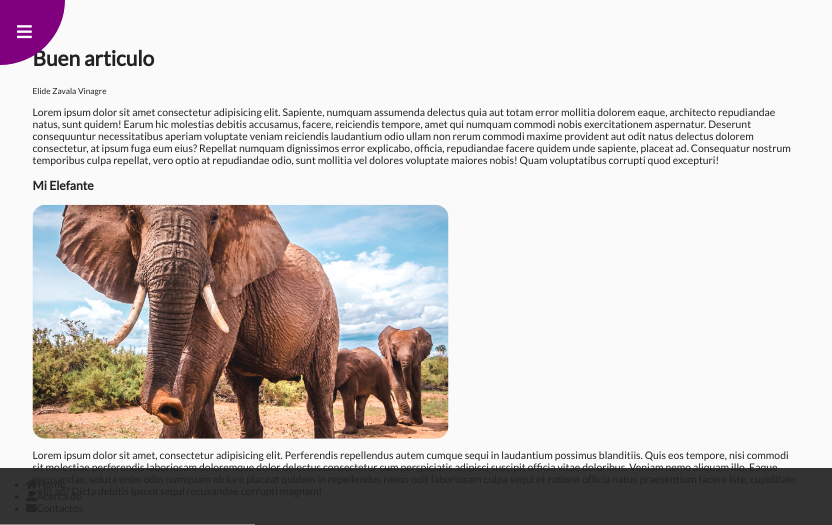
Repository: ElideZavala/Navagacion-en-rotacion
Page: index.html
The author's editor kept a copy of each file at every save. The page is drawn from the files as they stood at one save, then again after the next save.
The browser window is 1280 px wide. The pictures show the whole page, at 65% of full size.

Above is the page before, as saved 2021-05-29 09:23:41.

### index.html
<!DOCTYPE html>
<html lang="en">
<head>
	<meta charset="UTF-8">
	<meta http-equiv="X-UA-Compatible" content="IE=edge">
	<meta name="viewport" content="width=device-width, initial-scale=1.0">
	<link rel="stylesheet" href="https://cdnjs.cloudflare.com/ajax/libs/font-awesome/5.15.3/css/all.min.css" integrity="sha512-iBBXm8fW90+nuLcSKlbmrPcLa0OT92xO1BIsZ+ywDWZCvqsWgccV3gFoRBv0z+8dLJgyAHIhR35VZc2oM/gI1w==" crossorigin="anonymous" referrerpolicy="no-referrer" />
	<link rel="stylesheet" href="style.css">
	<link rel="stylesheet" href="normalize.css">
	<title>Navegación Giratoria</title>
</head>
<body>
	<div class="container">
		<div class="circle-container">
			<div class="circle">
				<button id="close">
					<i class="fas fa-times"></i>
				</button>
				<button id="open">
					<i class="fas fa-bars"></i>
				</button>
			</div>
		</div>

		<div class="content">
			<h1 class="title">Buen articulo</h1>
			<small>Elide Zavala Vinagre</small>
			<p>Lorem ipsum dolor sit amet consectetur adipisicing elit. Sapiente, numquam assumenda delectus quia aut totam error mollitia dolorem eaque, architecto repudiandae natus, sunt quidem! Earum hic molestias debitis accusamus, facere, reiciendis tempore, amet qui numquam commodi nobis exercitationem aspernatur. Deserunt consequuntur necessitatibus aperiam voluptate veniam reiciendis laudantium odio ullam non rerum commodi maxime provident aut odit natus delectus dolorem consectetur, at ipsum fuga eum eius? Repellat numquam dignissimos error explicabo, officia, repudiandae facere quidem unde sapiente, placeat ad. Consequatur nostrum temporibus culpa repellat, vero optio at repudiandae odio, sunt mollitia vel dolores voluptate maiores nobis! Quam voluptatibus corrupti quod excepturi!</p>

			<h3 class="title">Mi Elefante</h3>
			<img class="img" src="./Elefante.jpg" alt="Elefante">
			<p>Lorem ipsum dolor sit amet, consectetur adipisicing elit. Perferendis repellendus autem cumque sequi in laudantium possimus blanditiis. Quis eos tempore, nisi commodi sit molestiae perferendis laboriosam doloremque dolor delectus consectetur cum perspiciatis adipisci suscipit officia vitae doloribus. Veniam nemo aliquam illo. Eaque recusandae, soluta enim odio numquam ab iure placeat quidem in repellendus nemo odit laboriosam culpa sequi et ratione officia natus praesentium facere iste, cupiditate velit ad? Dicta debitis ipsum sequi recusandae corrupti magnam!</p>
		</div>
	</div>

	<nav>
		<ul>
			<li><i class="fas fa-home"></i>Home</li>
			<li><i class="fas fa-user-alt"></i>Acerca de</li>
			<li><i class="fas fa-envelope"></i>Contactos</li>
		</ul>
	</nav>



	<script src="./script.js"></script>
</body>
</html>

### style.css
@import url('https://fonts.googleapis.com/css?family=Lato&display=swap');

* {
	box-sizing: border-box;
}

body {
	font-family: 'Lato', sans-serif;
	background-color: #333;
	color: #222;
	overflow: hidden;
	margin: 0;
}

.container {
	background-color: #fafafa;
	transform-origin: top left;
	transition: transform 0.5s linear;
	width: 100vw;
	height: 100vh;
	padding: 50px;
}

.container.show-nav {
	transform: rotate(-20deg);
}

.img{
	width: 50vw;
	height: 50vh;
	display: flex;
	border-radius: 20px;
	object-fit: cover;
}

.circle-container {
	position: fixed;
	top: -100px;
	left: -100px;
}

.circle {
	background-color: purple;
	height: 200px;
	width: 200px;
	border-radius: 50%;
	position: relative;
	transition: transform 0.5s linear;
}

.circle button {
	position: absolute;
	top: 50%;
	left: 50%;
	height: 100px;
	background: transparent;
	border: 0;
	font-size: 26px;
	color: #fff;
}

.circle button:focus {
	outline: none;
}

.circle button#open {
	left: 60%;
}

.circle button#close {
	top: 60%;
	transform: rotate(90deg);
	transform-origin: top left;
}

Loaded but not shown: normalize.css (library); script.js (no stored copy; drawn as an empty file)

After the next save:
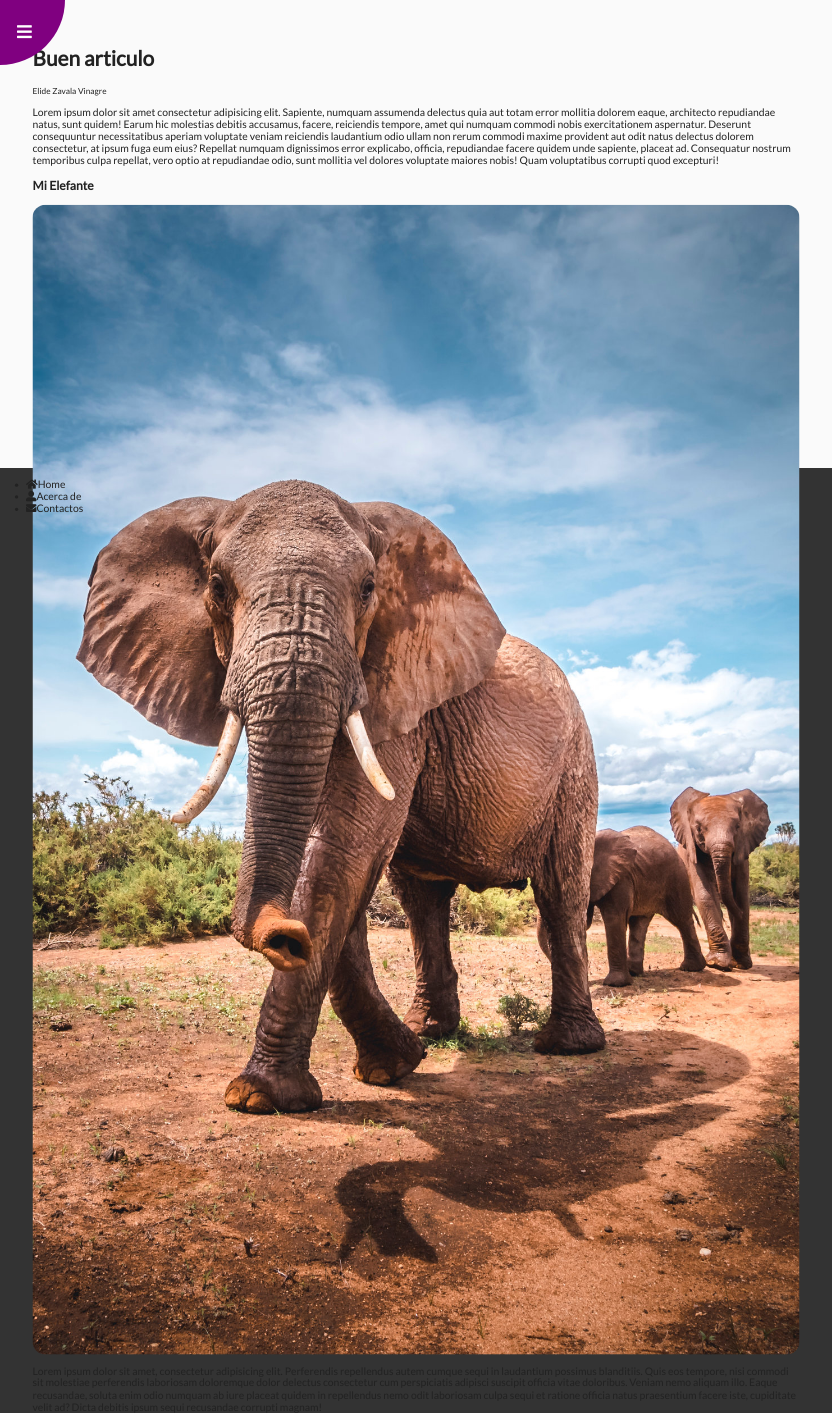
Saved 3 min 58 s later.
--- a/style.css
+++ b/style.css
@@ -26,8 +26,7 @@
 }
 
 .img{
-	width: 50vw;
-	height: 50vh;
+	max-width: 100%;
 	display: flex;
 	border-radius: 20px;
 	object-fit: cover;

After the save that followed:
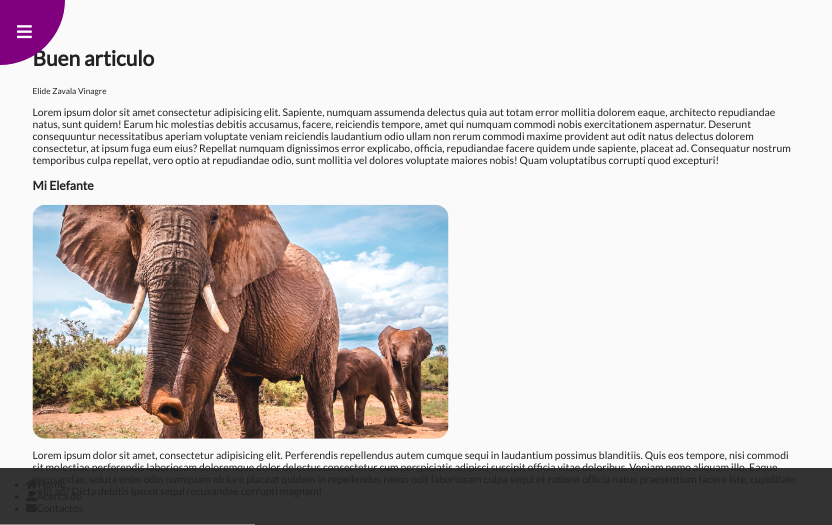
Saved 22 s later.
--- a/style.css
+++ b/style.css
@@ -26,7 +26,8 @@
 }
 
 .img{
-	max-width: 100%;
+	width: 50vw;
+	height: 50vh;
 	display: flex;
 	border-radius: 20px;
 	object-fit: cover;
